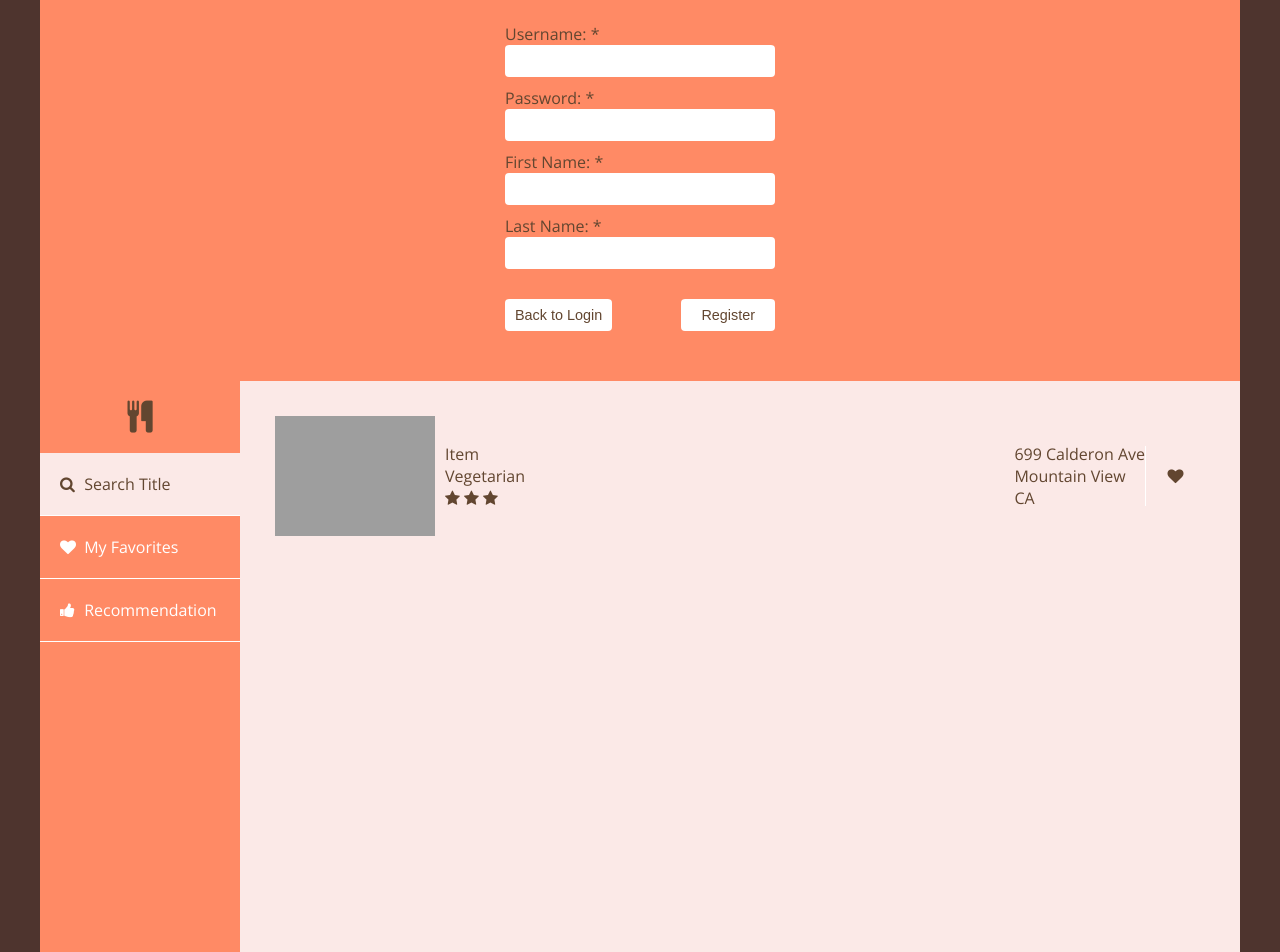
Repository: qianhuiwei/RecipeReady
Page: eclipse-workspace-capstone/capstone/src/main/webapp/index.html
These files come from the project's save history. The page is drawn as it stood at one moment and after the next save; the edit follows.
The browser window is 1280 px wide. The pictures show the part of the page from y = 717 to 1669 px (the page is 1958 px tall).
Pictures or frames that could not be fetched are drawn as grey boxes. Some web libraries are served in a nearby version.

Above is the page before, as saved 2020-10-04 21:56:42.

After the next save:
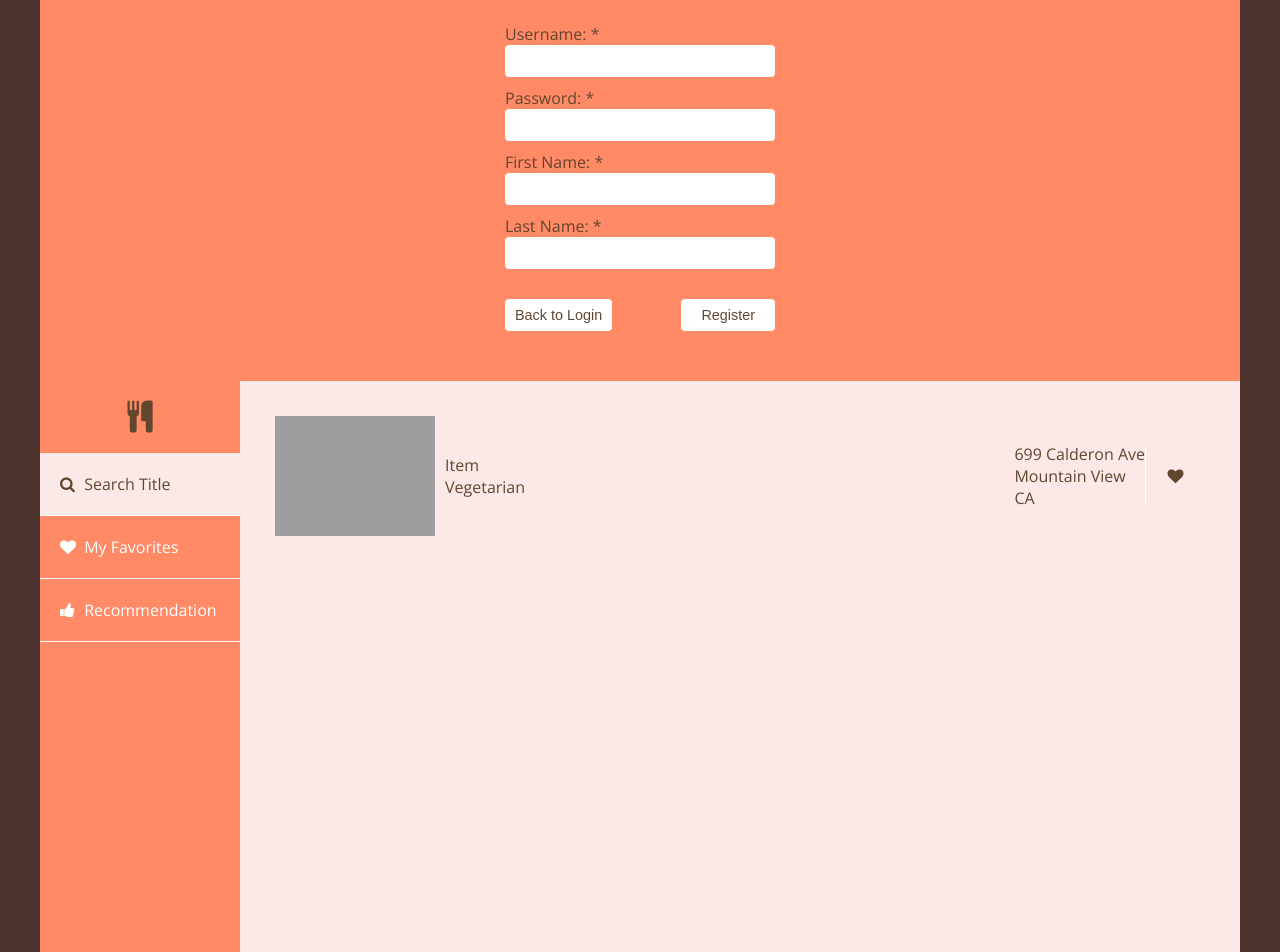
Saved 20 min 9 s later.
--- a/eclipse-workspace-capstone/capstone/src/main/webapp/index.html
+++ b/eclipse-workspace-capstone/capstone/src/main/webapp/index.html
@@ -3,8 +3,8 @@
 <head>
   <meta charset="UTF-8">
   <meta name="description" content="Item Recommendation">
-  <meta name="author" content="Your Name">
-  <title>Item Recommendation Final</title>
+  <meta name="author" content="Qian-Hui Wei">
+  <title>Recipe Recommendation</title>
   <!-- google font-->
   <link href='https://fonts.googleapis.com/css?family=Open+Sans:400,300,700' rel='stylesheet' type='text/css'>
   <!-- icon library-->
@@ -80,11 +80,6 @@
           <div>
             <a class="item-name" href="#">Item</a>
             <p class="item-category">Vegetarian</p>
-            <div class="stars">
-              <i class="fa fa-star"></i>
-              <i class="fa fa-star"></i>
-              <i class="fa fa-star"></i>
-            </div>
           </div>
           <p class="item-address">699 Calderon Ave<br/>Mountain View<br/> CA</p>
           <div class="fav-link">
